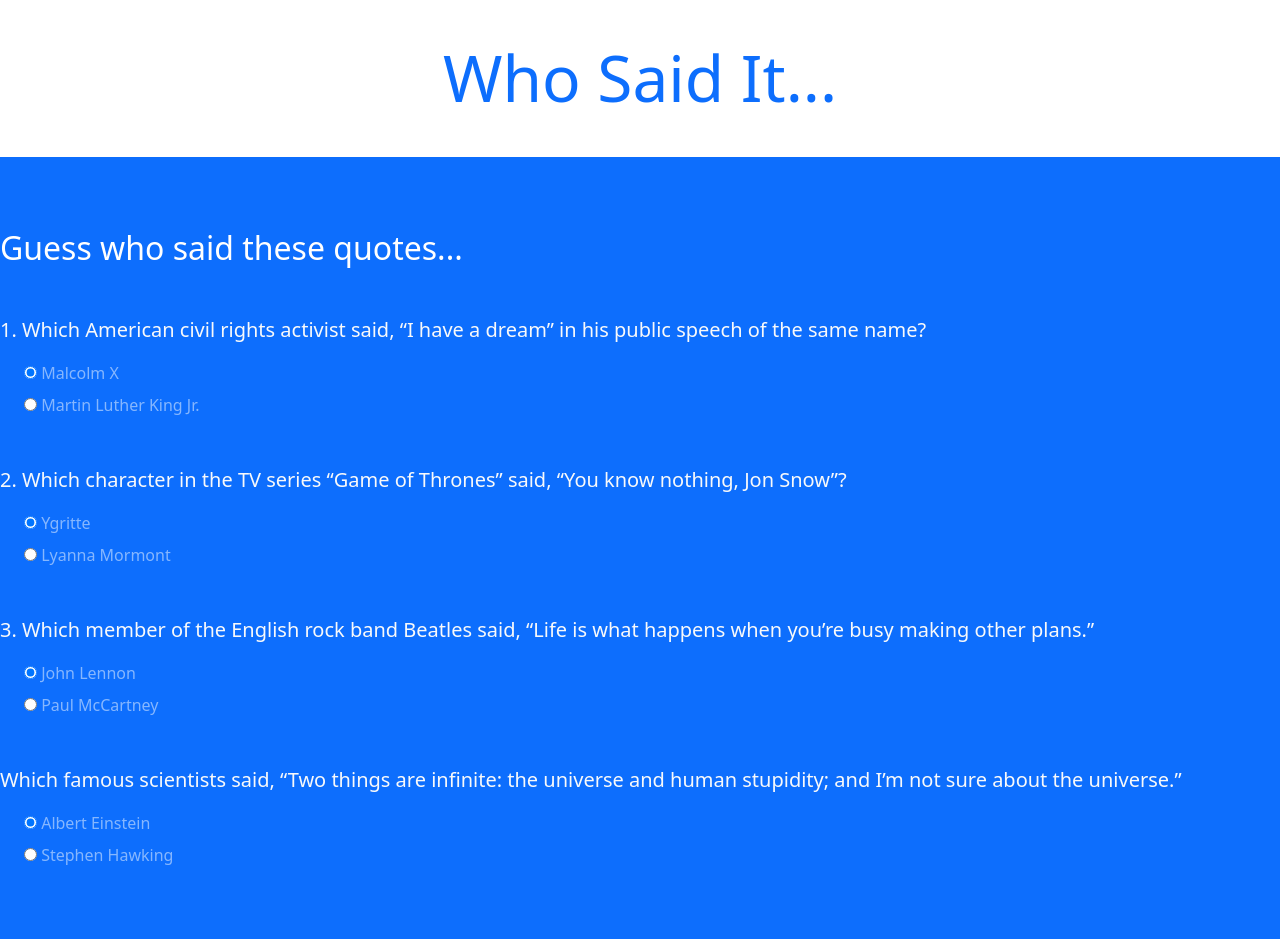
Repository: julihocc/Presentation-02-Forms-with-vanilla-JS
Page: index.html
These files come from the project's save history. The page is drawn as it stood at one moment and after the next save; the edit follows.
The browser window is 1280 px wide. The pictures show the whole page.

Above is the page before, as saved 2022-09-27 13:53:53.

### index.html
<!-- step 0.1: create HTML5 template -->
<!DOCTYPE html>
<html lang="en">

<head>
    <meta charset="UTF-8">
    <meta http-equiv="X-UA-Compatible" content="IE=edge">
    <meta name="viewport" content="width=device-width, initial-scale=1.0">

    <!-- step 0.4: include bootstrap -->
    <!-- CSS only -->
    <link href="https://cdn.jsdelivr.net/npm/bootstrap@5.2.1/dist/css/bootstrap.min.css" rel="stylesheet"
        integrity="sha384-iYQeCzEYFbKjA/T2uDLTpkwGzCiq6soy8tYaI1GyVh/UjpbCx/TYkiZhlZB6+fzT" crossorigin="anonymous">

    <!-- step 0.2: change title -->
    <title>Who Said It...</title>
</head>

<body>

    <!-- step 1.1 top section -->
    <div class="intro py-3 bg-white text-center">
        <div class="container">
            <h2 class="text-primary display-3 my-4">
                Who Said It...
            </h2>
        </div>
    </div>

    <!-- step 1.4: quiz section -->
    <div class="quiz py-4 bg-primary">
        <div class="containter">
            <h2 class="my-5 text-white">
                Guess who said these quotes...
            </h2>
            <!-- step 1.5: create form -->
            <form class="quiz-form text-light">
                <!-- step 1.6: create containers for each question -->
                <!-- step 1.7.1 question #1-->
                <div class="my-5">
                    <p class="lead font-weight-normal">
                        1. Which American civil rights activist said, “I have a dream” in his public speech of the same
                        name?
                    </p>
                    <!-- step 1.7.2 first option to question 1 -->
                    <div class="form-check my-2 text-white-50">
                        <input type="radio" name="q1" value="A" checked>
                        <label class="form-check-label">
                            Malcolm X
                        </label>
                    </div>
                    <!-- step 1.7.3 second option to quesition 2 -->
                    <div class="form-check my-2 text-white-50">
                        <input type="radio" name="q1" value="B">
                        <label class="form-check-label">
                            Martin Luther King Jr.
                        </label>
                    </div>
                    <!-- step 1.8.1 question #2-->
                    <div class="my-5">
                        <p class="lead font-weight-normal"> 2. Which character in the TV series “Game of Thrones” said, “You know nothing, Jon Snow”?
                        </p>
                        <!-- step 1.8.2 first option to question 2 -->
                        <div class="form-check my-2 text-white-50">
                            <input type="radio" name="q2" value="A" checked>
                            <label class="form-check-label">
                                Ygritte
                            </label>
                        </div>
                        <!-- step 1.8.3 second option to quesition 2 -->
                        <div class="form-check my-2 text-white-50">
                            <input type="radio" name="q2" value="B">
                            <label class="form-check-label">
                                Lyanna Mormont
                            </label>
                        </div>
                    </div>
                    <!-- step 1.9.1 question #3-->
                    <div class="my-5">
                        <p class="lead font-weight-normal"> 3. Which member of the English rock band Beatles said, “Life is what happens when you’re busy making other plans.”
                        </p>
                        <!-- step 1.9.2 first option to question 3 -->
                        <div class="form-check my-2 text-white-50">
                            <input type="radio" name="q3" value="A" checked>
                            <label class="form-check-label">
                                John Lennon
                            </label>
                        </div>
                        <!-- step 1.9.3 second option to quesition 3 -->
                        <div class="form-check my-2 text-white-50">
                            <input type="radio" name="q3" value="B">
                            <label class="form-check-label">
                                Paul McCartney
                            </label>
                        </div>
                    </div>
                    <!-- step 1.10.1 question #4-->
                    <div class="my-5">
                        <p class="lead font-weight-normal">Which famous scientists said, “Two things are infinite: the universe and human stupidity; and I’m not sure about the universe.”
                        </p>
                        <!-- step 1.10.2 first option to question 4 -->
                        <div class="form-check my-2 text-white-50">
                            <input type="radio" name="q4" value="A" checked>
                            <label class="form-check-label">
                                Albert Einstein
                            </label>
                        </div>
                        <!-- step 1.9.3 second option to quesition 3 -->
                        <div class="form-check my-2 text-white-50">
                            <input type="radio" name="q4" value="B">
                            <label class="form-check-label">
                                Stephen Hawking
                            </label>
                        </div>
                    </div>
                </div>
            </form>
        </div>
    </div>

    <!-- step 0.3: link js -->
    <script src="app.js"></script>
</body>

</html>

Loaded but not shown: app.js (no copy from this time; the picture is the same without it)

After the next save:
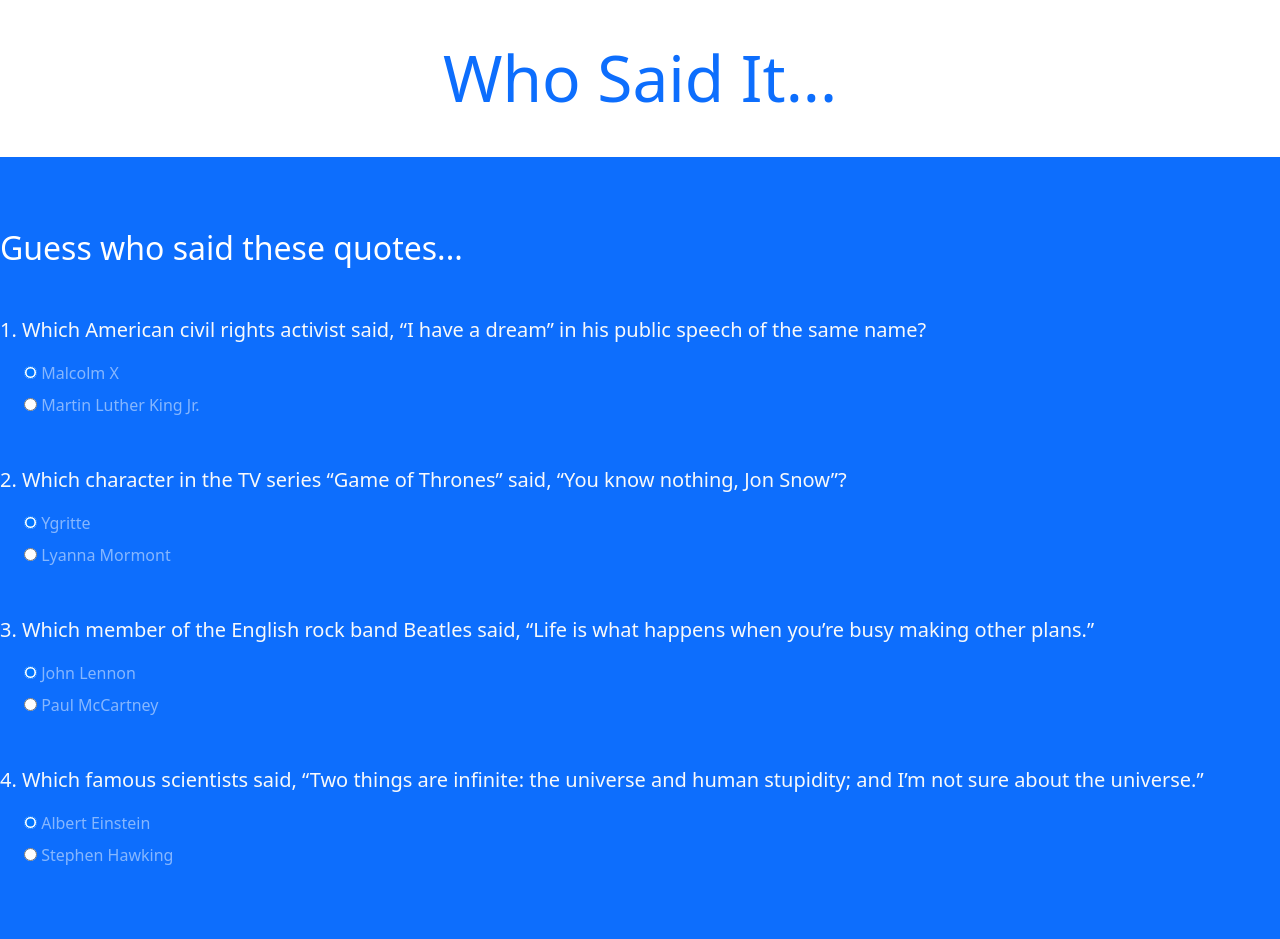
Saved 4 s later.
--- a/index.html
+++ b/index.html
@@ -96,7 +96,7 @@
                     </div>
                     <!-- step 1.10.1 question #4-->
                     <div class="my-5">
-                        <p class="lead font-weight-normal">Which famous scientists said, “Two things are infinite: the universe and human stupidity; and I’m not sure about the universe.”
+                        <p class="lead font-weight-normal"> 4. Which famous scientists said, “Two things are infinite: the universe and human stupidity; and I’m not sure about the universe.”
                         </p>
                         <!-- step 1.10.2 first option to question 4 -->
                         <div class="form-check my-2 text-white-50">
